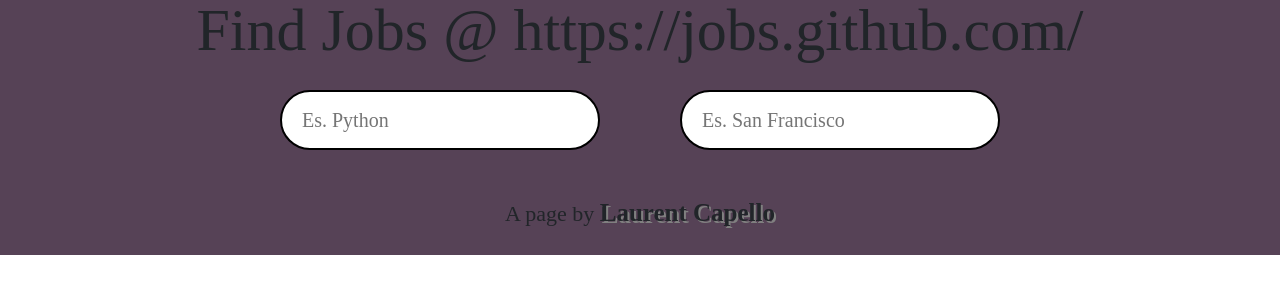
Repository: sokafootball/job-finder
Page: /
The author's editor kept a copy of each file at every save. The page is drawn from the files as they stood at one save, then again after the next save.
The browser window is 1280 px wide. The pictures show the whole page.
The page's requests for data from a server got no answer. The project was rebuilt for these pictures with package versions that can differ from the ones it lists, and the page was loaded fresh each time. No one was signed in, and anything a server would have sent is missing. Also part of the build but not shown: src/components/JobCard/JobCard.css, src/components/JobCard/JobCard.js.

Above is the page before, as saved 2020-10-23 12:20:44.

After the next save:
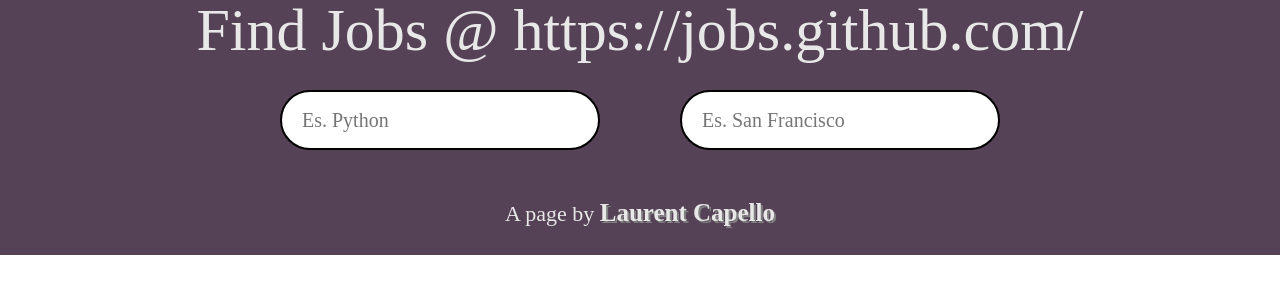
Saved 48 s later.
--- a/src/components/App/App.css
+++ b/src/components/App/App.css
@@ -47,4 +47,5 @@
   align-items: center;
   display: flex;
   flex-direction: column;
+  color: var(--font-color);
 }
